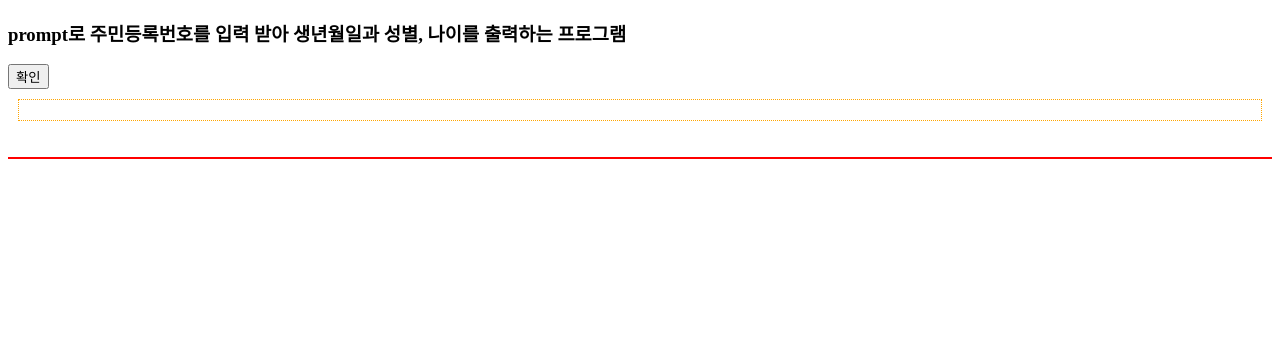
Repository: solsol7/ddit-html
Page: webpro/WebContent/0711/String객체2.html
The author's editor kept a copy of each file at every save. The page is drawn from the files as they stood at one save, then again after the next save.
The browser window is 1280 px wide. The pictures show the whole page.

Above is the page before, as saved 2023-07-11 08:34:21.

### webpro/WebContent/0711/String객체2.html
<!DOCTYPE html>
<html>
<head>
<meta charset="UTF-8">
<title>Insert title here</title>
<link rel="stylesheet" href="../css/style.css">
<script>
proc1 = () => {
	//입력
	vcode = prompt("주민번호 입력");

	//추출 (substring / slice / substr)
	yy = vcode.substring(0,2);
	mm = vcode.substring(2,4);
	dd = vcode.substring(4,6);
	gg = vcode.substring(7,8);
		//성별 구하기
	//gg를 비교 1, 3 gender = "남자" / 2, 4
	if(gg==1 || gg==3){
		gender = "남자";
	}else if(gg==2 || gg==4){
		gender = "여자";
	}

	//년도 구하기
	//gg를 비교 1, 2 year = 1900 3, 4 year = 2000
	if(gg==1 || gg==2){
		year = "19"+yy;
	}else if(gg==3 || gg==4){
		year = "20"+yy;
	}
	//나이
	//현재년도 -
	age = (new Date().getFullYear()) - year;

	//출력

// 	주민번호 : 110325-4*****
// 	생년월일 : 2011년 3월 26일
// 	나이 :
// 	성별 :
	str = `주민번호 : ${vcode.substr(0,8)}****** <br>`;
	str +=`생년월일 : ${year}년 ${mm}월 ${dd}일 <br>`;
	str +=`나이 : ${age} <br>`
	str +=`성별 : ${gender} <br>`
	document.getElementById('result1').innerHTML = str;
}
</script>
</head>
<body>

<h3>prompt로 주민등록번호를 입력 받아 생년월일과 성별, 나이를 출력하는 프로그램</h3>
<input type="button" value="확인" onclick="proc1()">
<br>
<div class="ddres" id="result1"></div>
<br>
<hr color="red">
</body>
</html>

### webpro/WebContent/css/style.css
@charset "UTF-8";

pre{
	background-color : skyblue;
	font-size : 1.5rem;
}
div.ddres{
  border : 1px dotted orange;
  margin : 10px;
  padding : 10px;
  font-size : 1.3rem;

}

After the next save:
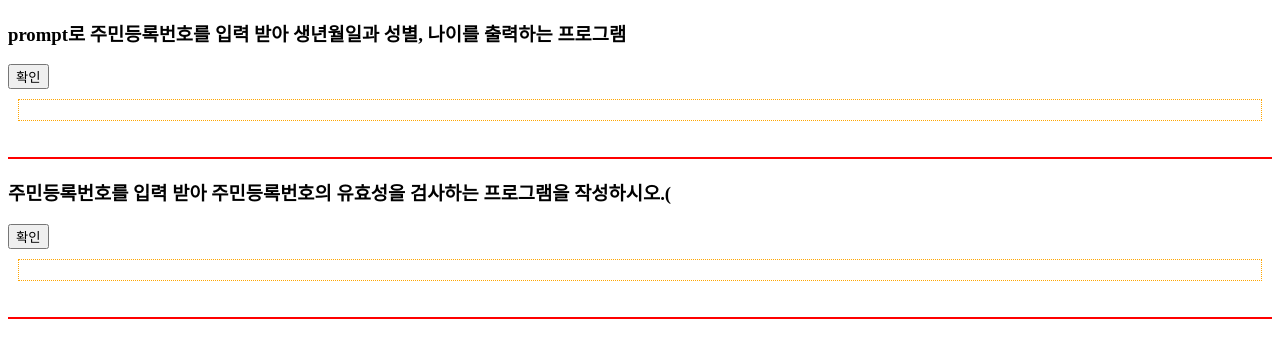
Saved 20 h 43 min later.
--- a/webpro/WebContent/0711/String객체2.html
+++ b/webpro/WebContent/0711/String객체2.html
@@ -45,6 +45,29 @@ proc1 = () => {
 	str +=`성별 : ${gender} <br>`
 	document.getElementById('result1').innerHTML = str;
 }
+proc2 = () => {
+	//곱하는 수
+	su = "234567892345"
+
+	//입력
+	vcode = prompt("주민번호 입력","-포함");
+
+	rvcode = vcode.replace("-", "");
+
+	hap = 0;
+	for(i=0; i<su.length; i++){
+		hap += su.substr(i,1) * rvcode.substr(i,1);
+	}
+
+	res = 11 - hap%11;
+
+	if(rvcode[rvcode.length-1] == res%10){
+		alert("진짜");
+	}else{
+		alert("가짜");
+	}
+
+}
 </script>
 </head>
 <body>
@@ -55,5 +78,12 @@ proc1 = () => {
 <div class="ddres" id="result1"></div>
 <br>
 <hr color="red">
+
+<h3>주민등록번호를 입력 받아 주민등록번호의 유효성을 검사하는 프로그램을 작성하시오.(</h3>
+<input type="button" value="확인" onclick="proc2()">
+<br>
+<div class="ddres" id="result2"></div>
+<br>
+<hr color="red">
 </body>
 </html>
